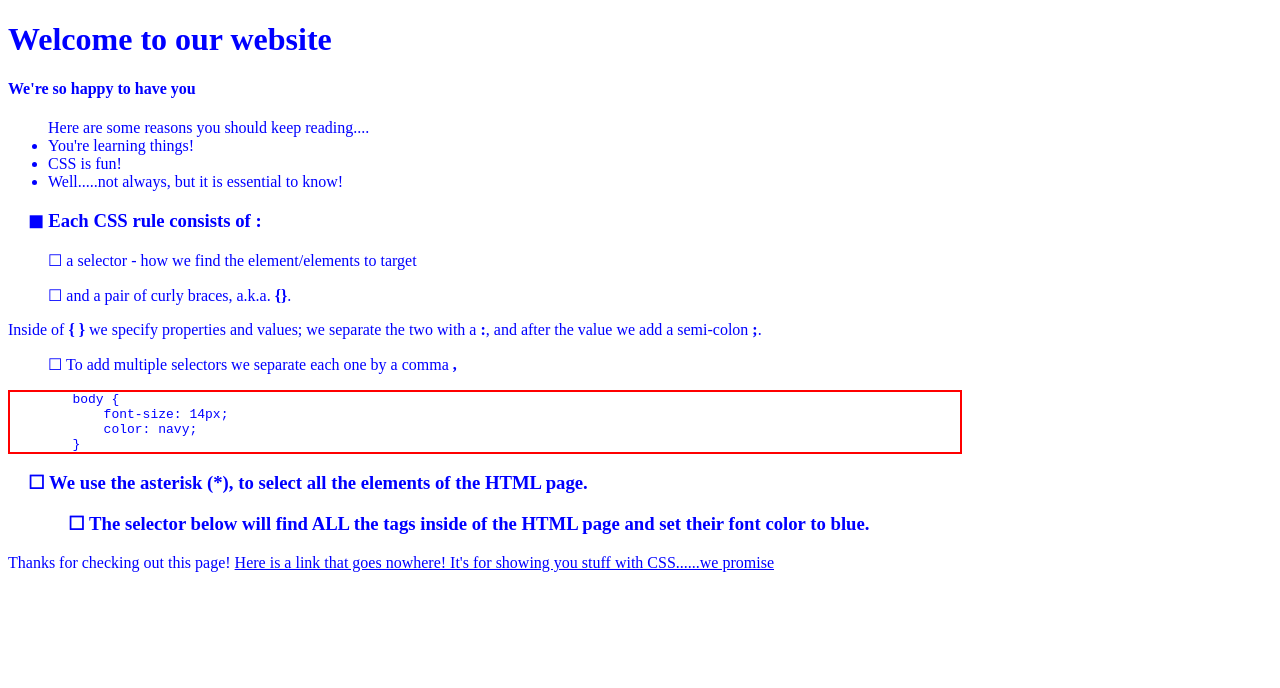
Repository: AnnaSpirit/Tests__
Page: CSS/Useful_Selectors.html
An editor plug-in stored every save of this project. The page is shown before and after a run of saves, followed by the edit.
The browser window is 1280 px wide. The pictures show the whole page.

Above is the page before, as saved 2024-04-01 12:39:16.

### CSS/Useful_Selectors.html
<!DOCTYPE html>
<html lang="en">
<head>
    <meta charset="UTF-8">
    <meta name="viewport" content="width=device-width, initial-scale=1.0">
    <title>Useful Selectors</title>
    <link rel="stylesheet" href="style_Selectors.css">
</head>
<body>
    <header>
        <h1>Welcome to our website</h1>
        <h4>We're so happy to have you</h4>
    </header>
    <section>
        <ul> Here are some reasons you should keep reading....
            <li>You're learning things!</li>
            <li>CSS is fun!</li>
            <li>Well.....not always, but it is essential to know!</li>
        </ul>
    </section>
    <section>
        <h3 style="padding-left: 20px;"> &#9724; Each CSS rule consists of :</h3>
            <p style="padding-left: 40px;"> &#9744; a selector - how we find the element/elements to target</p>
            <p style="padding-left: 40px;"> &#9744; and a pair of curly braces, a.k.a. <b>{}</b>.</p>
    <p>Inside of <b>{ }</b> we specify properties and values; we separate the two with a <b>:</b>, and after the value we add a semi-colon <b>;</b>.</p>
            <p style="padding-left: 40px;"> &#9744; To add multiple selectors we separate each one by a comma <b>,</b></p>
    <span > <pre style="border: 2px solid red; margin-right: 310px">
        body {
            font-size: 14px;
            color: navy;
        }</pre></span>
        </h3>
        <h3 style="padding-left: 20px; > &#9724; Universal Selector</h3>
        <p style="padding-left: 40px;">&#9744; We use the asterisk (*), to select all the elements of the HTML page. </p>
        <p style="padding-left: 40px;">&#9744; The selector below will find ALL the tags inside of the HTML page and set their font color to blue.</p>
    </section>
    <footer>
        <p>
            Thanks for checking out this page!
            <a href="#">Here is a link that goes nowhere! It's for showing you stuff with CSS......we promise</a>
        </p>
    </footer>
</body>
</html>

### CSS/style_Selectors.css
/* Universal Selector */
* {
    color: blue;
}

After the next 5 saves:
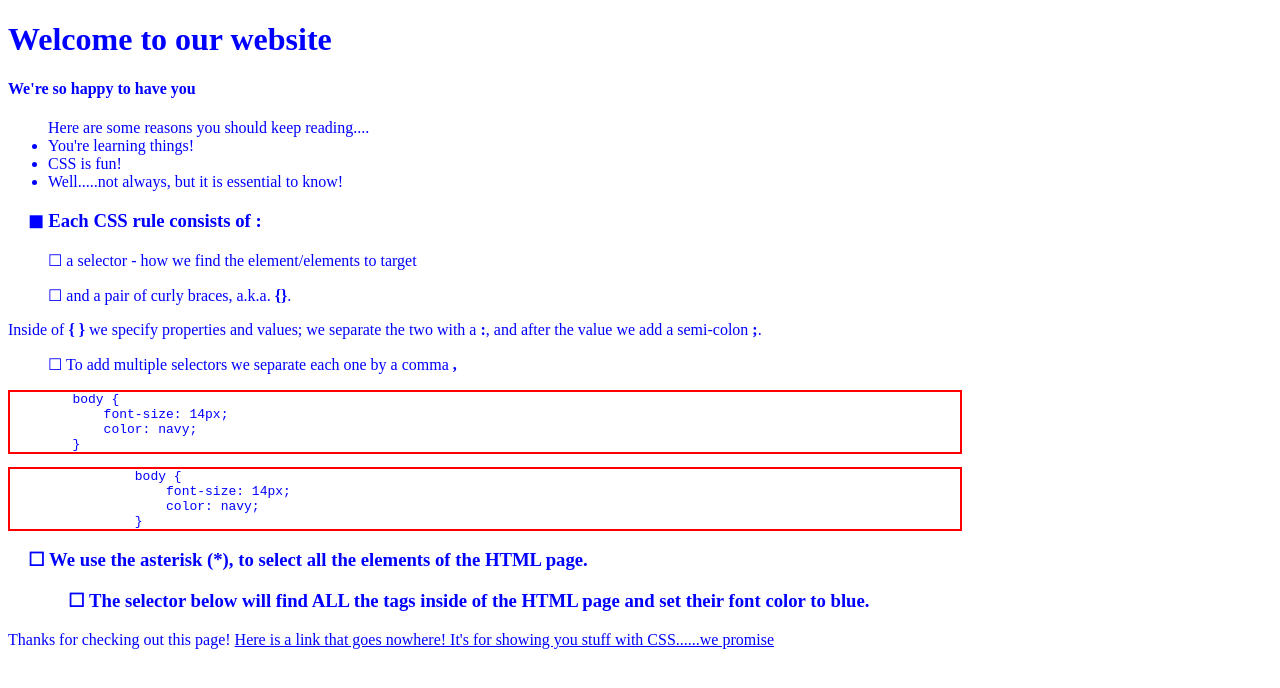
The 5 saves are shown as one change because they came seconds apart.
The last was saved 49 s later.
--- a/CSS/Useful_Selectors.html
+++ b/CSS/Useful_Selectors.html
@@ -29,6 +29,13 @@
             font-size: 14px;
             color: navy;
         }</pre></span>
+    <span>
+        <pre style="border: 2px solid red; margin-right: 310px">
+                body {
+                    font-size: 14px;
+                    color: navy;
+                }</pre>
+        </span>
         </h3>
         <h3 style="padding-left: 20px; > &#9724; Universal Selector</h3>
         <p style="padding-left: 40px;">&#9744; We use the asterisk (*), to select all the elements of the HTML page. </p>
